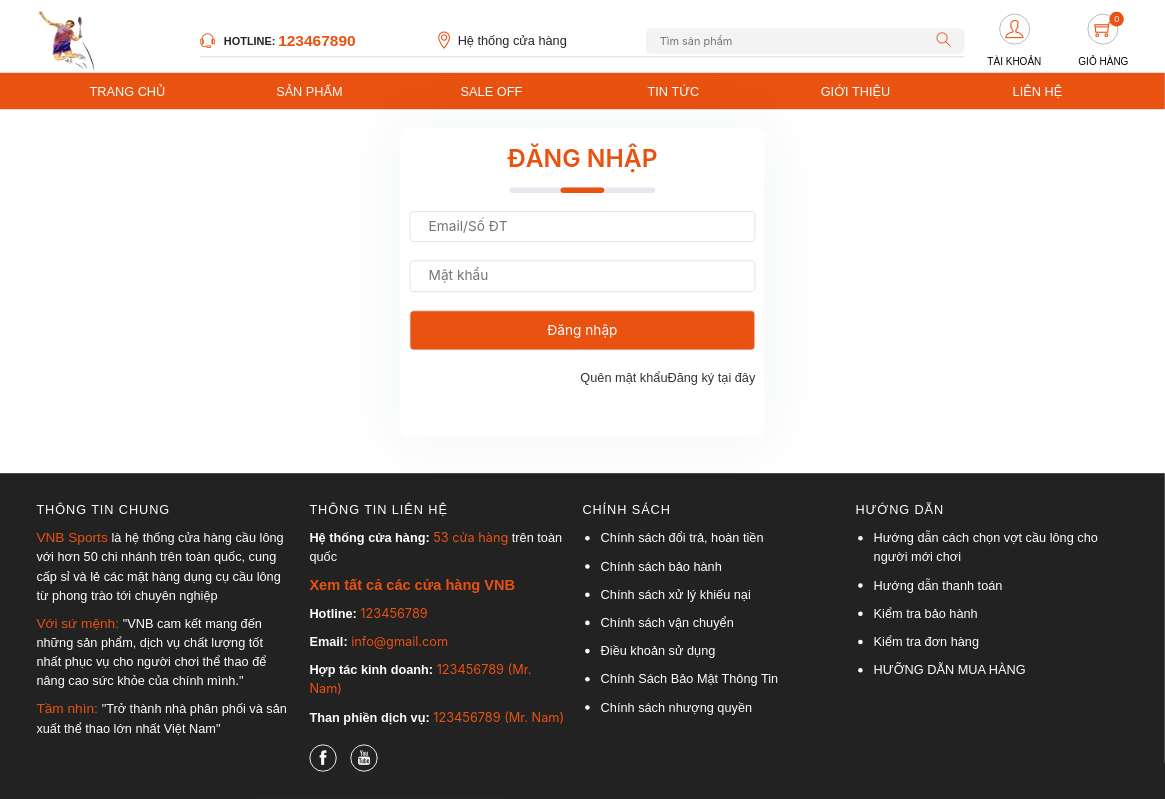
Repository: Namtran3107/CauLongSo1
Page: register.html
The author's editor kept a copy of each file at every save. The page is drawn from the files as they stood at one save, then again after the next save.
The browser window is 1280 px wide. The pictures show the whole page, at 91% of full size.

Above is the page before, as saved 2022-12-11 14:25:46.

After the next save:
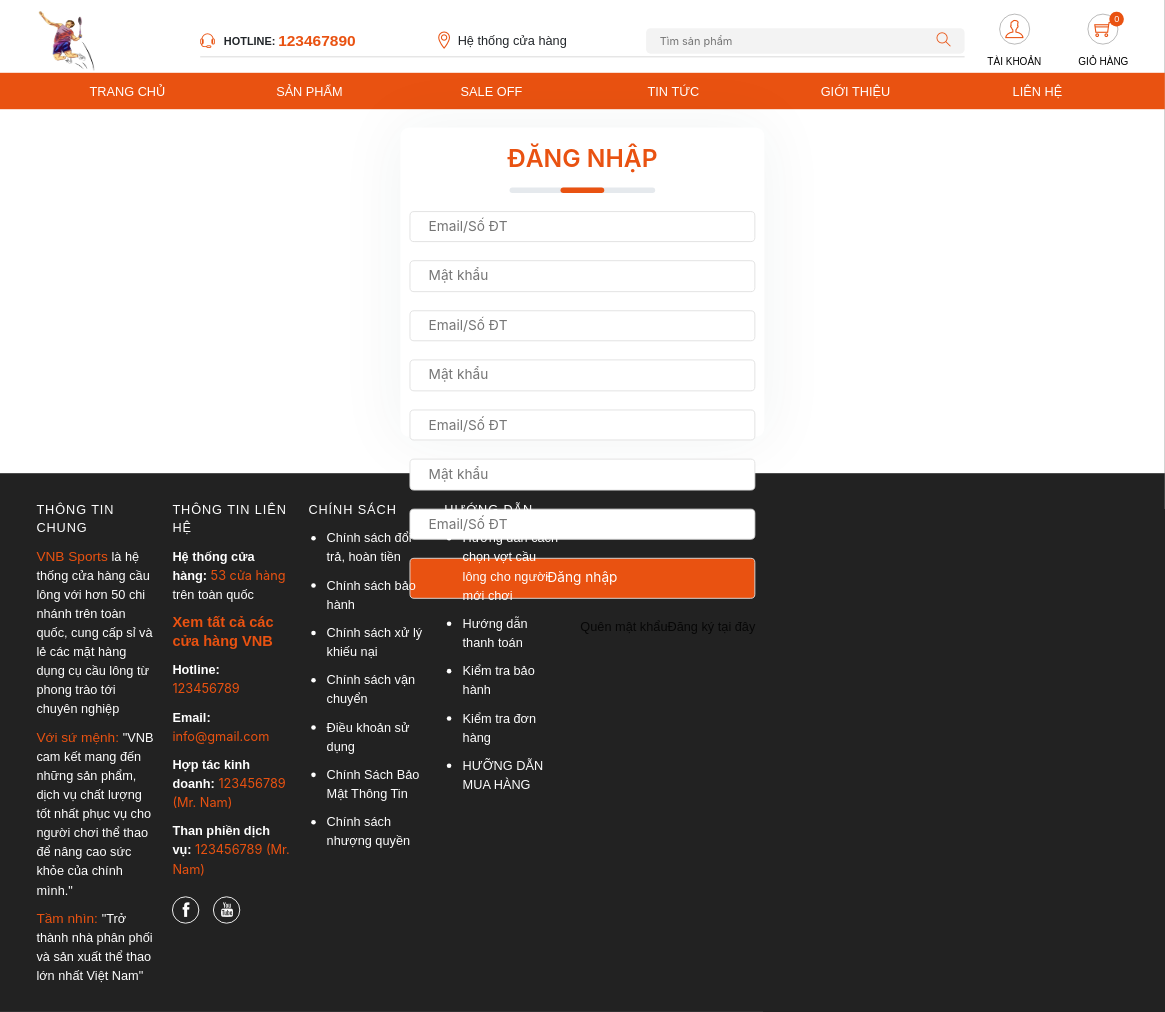
Saved 46 s later.
--- a/register.html
+++ b/register.html
@@ -124,6 +124,11 @@
                             <div class="login-input-list">
                                 <input type="text" class="login-input-item" placeholder="Email/Số ĐT">
                                 <input type="text" class="login-input-item" placeholder="Mật khẩu">
+                                <input type="text" class="login-input-item" placeholder="Email/Số ĐT">
+                                <input type="text" class="login-input-item" placeholder="Mật khẩu">
+                                <input type="text" class="login-input-item" placeholder="Email/Số ĐT">
+                                <input type="text" class="login-input-item" placeholder="Mật khẩu">
+                                <input type="text" class="login-input-item" placeholder="Email/Số ĐT">
                                 <input type="button" class="login-input-item login-input-item-buttom" value="Đăng nhập">
                             </div>
                             <div class="login-input-text-list">
